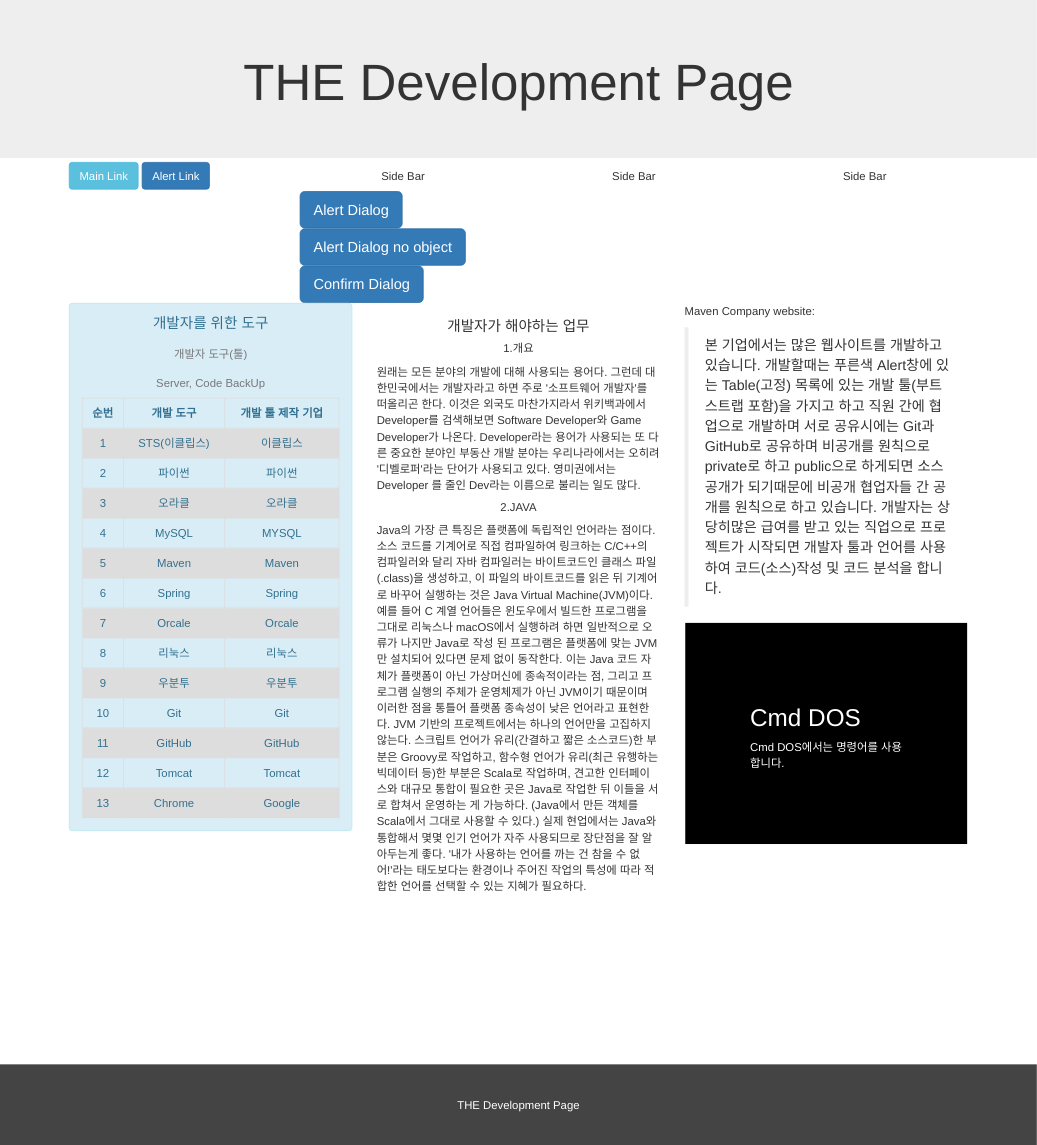
Repository: as2019a/spring
Page: http://localhost/ch19_project_mavenwebsite/WEB-INF/views/development.jsp
These files come from the project's save history. The page is drawn as it stood at one moment and after the next save; the edit follows.
The browser window is 1280 px wide. The pictures show the whole page, at 81% of full size.
Some web libraries are served in a nearby version. The page is served by Tomcat 9. Nobody is signed in. The template is opened directly, without the code that normally fills it, so the values that code supplies are empty.

Above is the page before, as saved 2019-01-30 09:07:29.

After the next save:
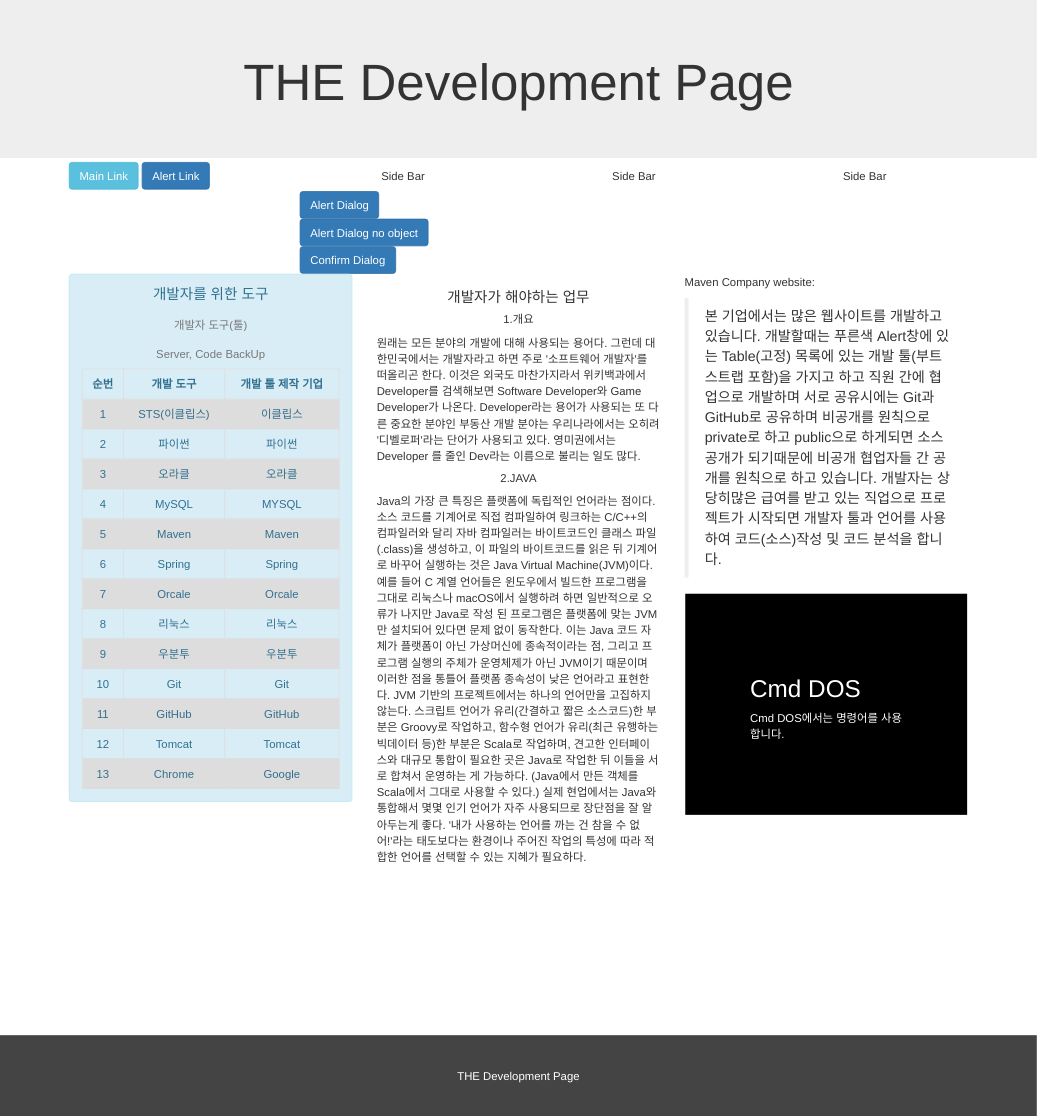
Saved 27 s later.
--- a/ch19_project_mavenwebsite/src/main/webapp/WEB-INF/views/development.jsp
+++ b/ch19_project_mavenwebsite/src/main/webapp/WEB-INF/views/development.jsp
@@ -80,9 +80,9 @@
 	  		</div>
 	  		<div class="col-sm-3">
 	  			<h5 id="sa">Side Bar</h5>
-	  			<button class="btn btn-primary btn-lg" data-toggle="modal" id="modalBtn">Alert Dialog</button>
-				<button class="btn btn-primary btn-lg" data-toggle="modal" id="modalBtn2">Alert Dialog no object</button>
-				<button class="btn btn-primary btn-lg" data-toggle="modal" id="modalBtn1">Confirm Dialog</button>
+	  			<button class="btn btn-primary" data-toggle="modal" id="modalBtn">Alert Dialog</button>
+				<button class="btn btn-primary" data-toggle="modal" id="modalBtn2">Alert Dialog no object</button>
+				<button class="btn btn-primary" data-toggle="modal" id="modalBtn1">Confirm Dialog</button>
 	  		</div>
 	  		<div class="col-sm-3">
 	  			<h5 id="sc">Side Bar</h5>
